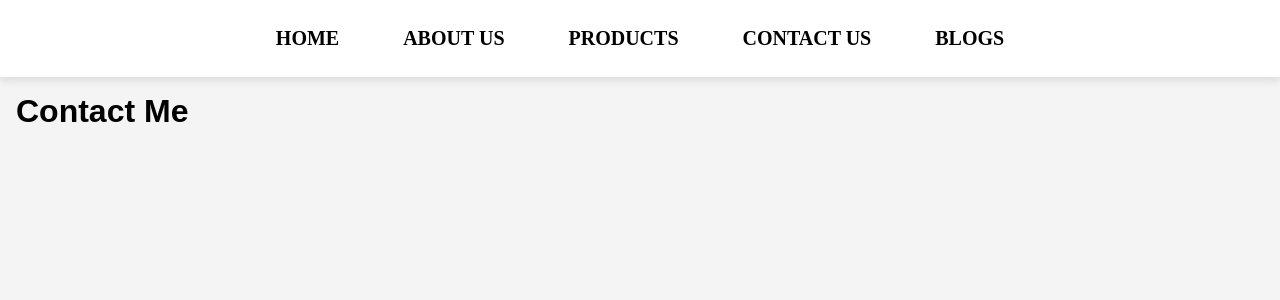
Repository: SharonSebastian32/ecommerce-web-using-react-framework
Page: /contact
These files come from the project's save history. The page is drawn as it stood at one moment and after the next save; the edit follows.
The browser window is 1280 px wide. The pictures show the whole page.
Some web fonts or font styles are not loaded; a fallback is used. The project was rebuilt for these pictures with package versions that can differ from the ones it lists, and the page was loaded fresh each time. Also part of the build but not shown: src/Style/homeStyle.css, src/pages/Home.jsx, src/pages/Blogs.jsx, src/pages/NoPage.jsx, src/pages/About.jsx, src/ProductPage/productCard.jsx, src/ProductPage/productPage.jsx, src/index.css.

Above is the page before, as saved 2024-07-02 11:27:39.

After the next save:
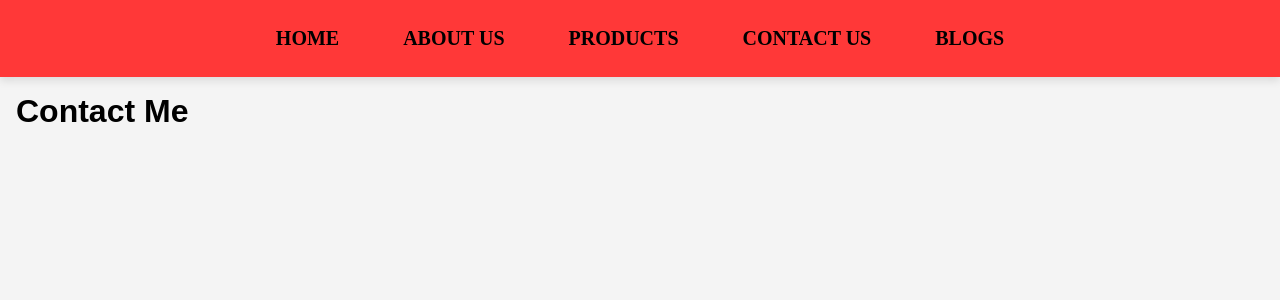
Saved 8 s later.
--- a/src/Style/layout1.css
+++ b/src/Style/layout1.css
@@ -8,7 +8,7 @@
     }
 
     nav {
-        background-color: #ffffff;
+        background-color: #ff3838;
         box-shadow: 0 4px 8px rgba(0, 0, 0, 0.1);
     }
 
